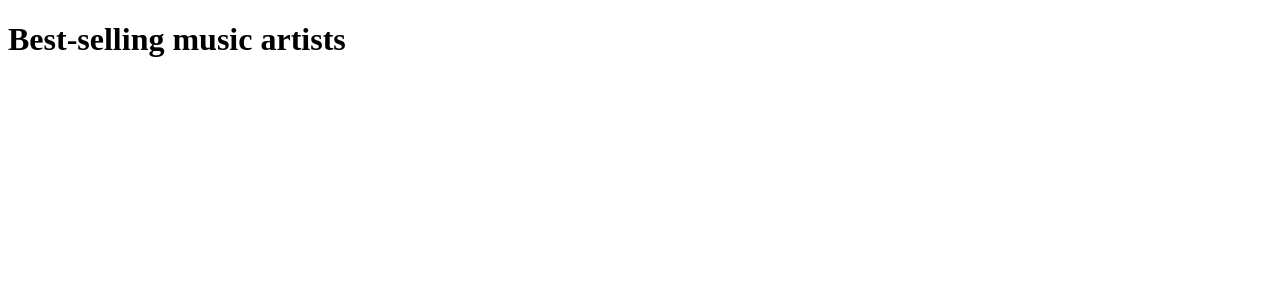
Repository: Vanessahyc/COMP3170_Week3_Lab2
Page: /
An editor plug-in stored every save of this project. The page is shown before and after the next save, followed by the edit.
The browser window is 1280 px wide. The pictures show the whole page.
The project was rebuilt for these pictures with package versions that can differ from the ones it lists, and the page was loaded fresh each time. Also part of the build but not shown: vite.config.js, src/components/ArtistDetail.jsx, src/components/ArtistContainer.jsx, src/index.css.

Above is the page before, as saved 2024-09-18 12:05:11.

After the next save:
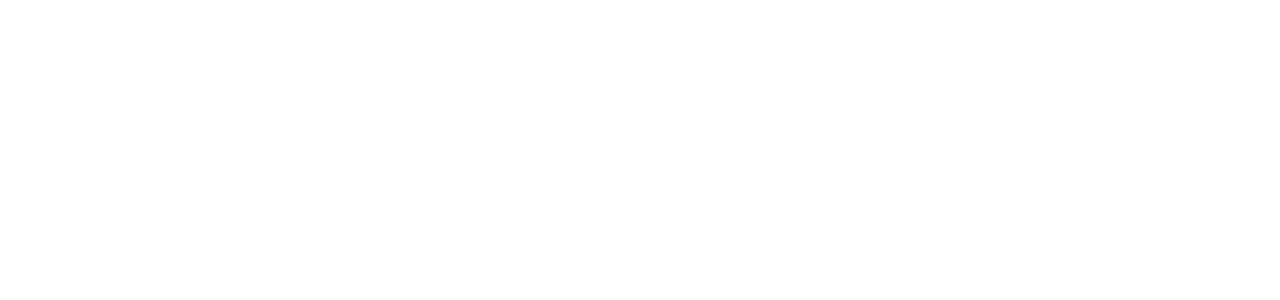
Console error: ReferenceError: ArtistInfo is not defined
Saved 31 s later.
--- a/src/App.jsx
+++ b/src/App.jsx
@@ -1,15 +1,10 @@
 import { artists } from './best-selling-music-artists';
-import ArtistContainer from './components/ArtistContainer';
+import ArtistContainer from './components/ArtistInfo';
 import ArtistDetail from './components/ArtistDetail'
 
 function App() {
 
-  const artistList = artists.map(artist => {
-    <div key={artist.name}>
-        <ArtistContainer artistName={artist.name}/>
-        <ArtistDetail key={artist} artistInfo={artist.country} />
-    </div>
-  })
+  const artistList = artists.map(artist => <ArtistInfo artistName={artist.name}/>)
 
 
   return (

After the 4 saves that followed:
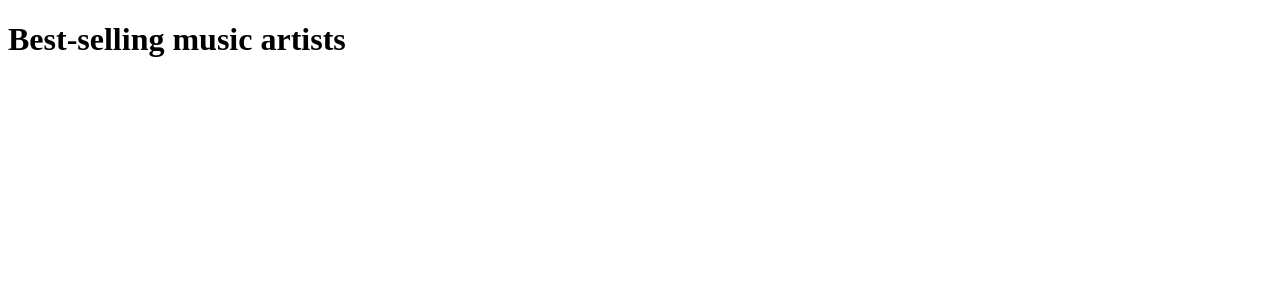
The error is gone.
The 4 saves are shown as one change because 2 left the picture as it was and some came seconds apart.
The last was saved 106 s later.
--- a/src/App.jsx
+++ b/src/App.jsx
@@ -1,11 +1,9 @@
 import { artists } from './best-selling-music-artists';
-import ArtistContainer from './components/ArtistInfo';
-import ArtistDetail from './components/ArtistDetail'
+import ArtistInfo from './components/ArtistInfo';
 
 function App() {
 
   const artistList = artists.map(artist => <ArtistInfo artistName={artist.name}/>)
-
 
   return (
     <div className="app">
--- a/src/components/ArtistInfo.jsx
+++ b/src/components/ArtistInfo.jsx
@@ -1,12 +1,12 @@
 export default function ArtistInfo(props) {
 
-    const {artistName} =  props;
+    const {artistInfo} =  props;
     // const detailList = artists.map(info => <ArtistDetail key={info} artistInfo={info.country} />)
 
     return(
         <div>
-            <img>{artistName}</img>
-            <h2>{artistName}</h2>
+            <img>{artistInfo}</img>
+            <h2>{artistInfo}</h2>
             {/* {detailList} */}
         </div>
     );
